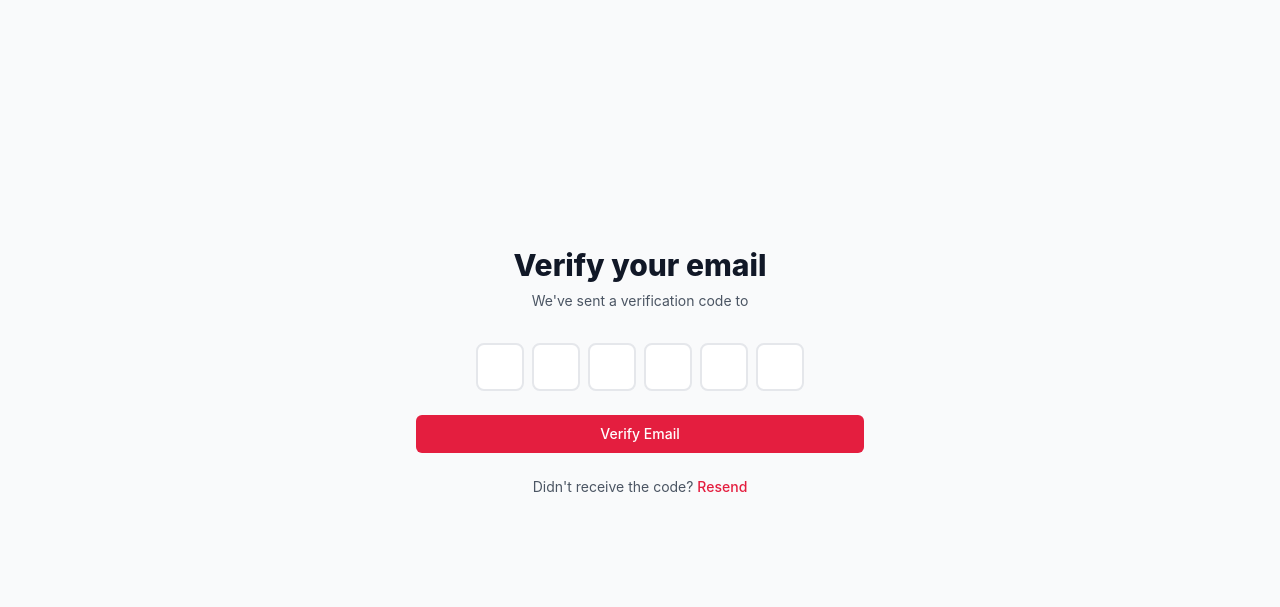
Repository: nguyenbathevien/KLTN
Page: /verify (app in FE/client/)
These files come from the project's save history. The page is drawn as it stood at one moment and after the next save; the edit follows.
The browser window is 1280 px wide. The pictures show the whole page.
The project was rebuilt for these pictures with package versions that can differ from the ones it lists, and the page was loaded fresh each time. Also part of the build but not shown: FE/client/vite.config.js, FE/client/src/components/common/Header/Header.jsx, FE/client/src/components/common/Footer/Footer.jsx, FE/client/src/components/common/Layout/TeacherLayout.jsx, FE/client/src/pages/teacher/DashboardTeacher.jsx, FE/client/src/pages/teacher/CourseManagement.jsx, FE/client/src/pages/teacher/Statistics.jsx, FE/client/src/pages/teacher/Profile.jsx and 24 more.

Above is the page before, as saved 2025-03-08 07:14:51.

### FE/client/src/main.jsx
import { StrictMode } from "react";
import { createRoot } from "react-dom/client";
import "./index.css";
import App from "./App.jsx";
import "./auth.css";
import "./swiper.css";
createRoot(document.getElementById("root")).render(
  <StrictMode>
    <App />
  </StrictMode>
);

### FE/client/src/App.jsx
import { BrowserRouter as Router, Routes, Route } from "react-router-dom";
import TeacherRoutes from "./routes/TeacherRoutes";
import { AuthProvider } from "./contexts/AuthContext";
import StudentRoutes from "./routes/StudentRoutes";
import PublicRoutes from "./routes/PublicRoutes";
import Verify from "./pages/auth/Verify";
// import PrivateRoute from "./routes/PrivateRoute";

function App() {
  return (
    <AuthProvider>
      <Router>
        <Routes>
          {/* Route public */}
          <Route path="/*" element={<PublicRoutes />} />

          {/* Route dashboard student */}
          <Route path="/student/*" element={<StudentRoutes />} />
          <Route path="/verify" element={<Verify />} />
          {/* Thêm route cho giảng viên với PrivateRoute */}
          <Route
            path="/instructor/*"
            element={
              // <PrivateRoute> dòng này để bảo vệ dashboard teacer phải đăng nhập thì mới vào được( giờ tạm tắt để css )
              <TeacherRoutes />
              // </PrivateRoute>
            }
          />
        </Routes>
      </Router>
    </AuthProvider>
  );
}

export default App;

### FE/client/src/auth.css
/* Auth Container */
.auth-container {
  @apply min-h-screen flex;
}

/* Auth Slider */
.auth-slider {
  @apply hidden lg:block lg:w-1/2 relative overflow-hidden bg-primary;
}

/* Auth Form Container */
.auth-form-container {
  @apply w-full lg:w-1/2 flex flex-col justify-center px-4 sm:px-6 lg:px-8 py-12 bg-background;
}

/* Auth Form Box */
.auth-form-box {
  @apply w-full max-w-md mx-auto bg-card p-8 rounded-sm shadow-sm;
}

/* Auth Title */
.auth-title {
  @apply text-2xl md:text-3xl font-bold text-foreground text-center mb-2;
}

/* Auth Subtitle */
.auth-subtitle {
  @apply text-sm text-accent text-center mb-8;
}

/* Form Input */
.form-input {
  @apply w-full px-4 py-2 border border-input rounded-sm
         focus:outline-none focus:ring-2 focus:ring-primary focus:border-transparent
         placeholder-accent/60;
}

/* Form Error */
.form-error {
  @apply text-destructive text-sm mt-1;
}

/* Social Buttons */
.btn-social {
  @apply w-full flex items-center justify-center px-4 py-2
         border border-input rounded-sm text-sm font-medium
         text-foreground bg-card hover:bg-secondary
         transition-colors duration-200;
}

/* Primary Button */
.btn-primary {
  @apply w-full px-4 py-2 bg-primary text-primary-foreground
         rounded-sm font-medium hover:bg-primary/90
         transition-colors duration-200
         disabled:opacity-50 disabled:cursor-not-allowed;
}

/* Divider */
.auth-divider {
  @apply relative my-6;
}

.auth-divider::before {
  content: "";
  @apply absolute inset-0 flex items-center;
}

.auth-divider::before {
  @apply w-full border-t border-input;
}

.auth-divider-text {
  @apply relative flex justify-center text-sm text-accent;
}

.auth-divider-text span {
  @apply px-2 bg-card;
}

/* Links */
.auth-link {
  @apply text-primary hover:text-primary/90 transition-colors duration-200;
}

/* Form Group */
.form-group {
  @apply space-y-1;
}

/* Terms Text */
.terms-text {
  @apply text-xs text-accent text-center mt-6;
}

/* Login Link Container */
.login-link-container {
  @apply text-center text-sm text-accent mt-6;
}

/* Slide Content */
.slide-content {
  @apply max-w-xl text-center px-4;
}

.slide-title {
  @apply text-2xl md:text-4xl font-bold text-white mb-4;
}

.slide-description {
  @apply text-base md:text-xl text-white/90;
}

/* Animation Classes */
.fade-in {
  @apply animate-fade-in;
}

.slide-up {
  @apply animate-slide-up;
}

/* Responsive Adjustments */
@screen sm {
  .auth-form-box {
    @apply p-10;
  }
}

@screen md {
  .auth-form-container {
    @apply px-8;
  }
}

@screen lg {
  .auth-form-container {
    @apply px-12;
  }
}
/* trang verify */
.text-primary {
  color: #e41e3f;
}

.bg-primary {
  background-color: #e41e3f;
}

.hover\:bg-primary\/90:hover {
  background-color: rgba(228, 30, 63, 0.9);
}

.border-primary {
  border-color: #e41e3f;
}

.bg-primary\/10 {
  background-color: rgba(228, 30, 63, 0.1);
}

/* Animation cho input khi focus */
@keyframes pulse {
  0% {
    box-shadow: 0 0 0 0 rgba(228, 30, 63, 0.4);
  }
  70% {
    box-shadow: 0 0 0 4px rgba(228, 30, 63, 0);
  }
  100% {
    box-shadow: 0 0 0 0 rgba(228, 30, 63, 0);
  }
}

input:focus {
  animation: pulse 1.5s infinite;
}
/* ----------------- */

### FE/client/src/contexts/AuthContext.jsx
import React, { createContext, useState, useContext } from "react";

const AuthContext = createContext(null);

export const AuthProvider = ({ children }) => {
  const [user, setUser] = useState(null);

  const login = (userData) => {
    // Here you would typically validate the user credentials with your backend
    setUser(userData);
  };

  const logout = () => {
    setUser(null);
  };

  return (
    <AuthContext.Provider value={{ user, login, logout }}>
      {children}
    </AuthContext.Provider>
  );
};

export const useAuth = () => useContext(AuthContext);

### FE/client/src/pages/auth/Verify.jsx
import React, { useState } from "react";
import { useNavigate, useLocation } from "react-router-dom";
import axios from "axios";

const Verify = () => {
  const [verificationCode, setVerificationCode] = useState([
    "",
    "",
    "",
    "",
    "",
    "",
  ]);
  const [error, setError] = useState("");
  const [isSubmitting, setIsSubmitting] = useState(false);
  const navigate = useNavigate();
  const location = useLocation();
  const email = location.state?.email;

  // Xử lý input cho từng ô code
  const handleChange = (index, value) => {
    if (value.length > 1) return; // Chỉ cho phép 1 số trong mỗi ô

    const newCode = [...verificationCode];
    newCode[index] = value;
    setVerificationCode(newCode);

    // Tự động focus vào ô tiếp theo
    if (value && index < 5) {
      const nextInput = document.querySelector(
        `input[name="code-${index + 1}"]`
      );
      if (nextInput) nextInput.focus();
    }
  };

  // Xử lý khi paste code
  const handlePaste = (e) => {
    e.preventDefault();
    const pastedData = e.clipboardData.getData("text").slice(0, 6);
    const newCode = [...verificationCode];

    for (let i = 0; i < pastedData.length; i++) {
      if (i < 6) newCode[i] = pastedData[i];
    }

    setVerificationCode(newCode);
  };

  // Xử lý keydown để xóa và di chuyển focus
  const handleKeyDown = (index, e) => {
    if (e.key === "Backspace" && !verificationCode[index] && index > 0) {
      const prevInput = document.querySelector(
        `input[name="code-${index - 1}"]`
      );
      if (prevInput) prevInput.focus();
    }
  };

  // Gửi code xác thực
  const handleSubmit = async (e) => {
    e.preventDefault();
    const code = verificationCode.join("");

    if (code.length !== 6) {
      setError("Please enter the complete verification code");
      return;
    }

    setIsSubmitting(true);
    try {
      const response = await axios.post(
        "http://localhost:8080/v1/email/verify",
        {
          code,
          email,
        },
        {
          withCredentials: true,
          headers: {
            "Content-Type": "application/json",
          },
        }
      );

      if (response.data) {
        navigate("/login", {
          state: { message: "Email verified successfully!" },
        });
      }
    } catch (error) {
      setError(
        error.response?.data?.message ||
          "Verification failed. Please try again."
      );
    } finally {
      setIsSubmitting(false);
    }
  };

  // Gửi lại code
  const handleResendCode = async () => {
    try {
      await axios.post(
        "http://localhost:8080/v1/email/resend",
        {
          email,
        },
        {
          withCredentials: true,
          headers: {
            "Content-Type": "application/json",
          },
        }
      );
      alert("Verification code has been resent to your email");
    } catch (error) {
      setError("Failed to resend code. Please try again.");
    }
  };

  return (
    <div className="min-h-screen flex items-center justify-center bg-gray-50 py-12 px-4 sm:px-6 lg:px-8">
      <div className="max-w-md w-full space-y-8">
        <div>
          <h2 className="mt-6 text-center text-3xl font-extrabold text-gray-900">
            Verify your email
          </h2>
          <p className="mt-2 text-center text-sm text-gray-600">
            We've sent a verification code to{" "}
            <span className="font-medium text-[#E41E3F]">{email}</span>
          </p>
        </div>

        <form className="mt-8 space-y-6" onSubmit={handleSubmit}>
          <div className="flex justify-center space-x-2">
            {verificationCode.map((digit, index) => (
              <input
                key={index}
                type="text"
                name={`code-${index}`}
                value={digit}
                onChange={(e) => handleChange(index, e.target.value)}
                onKeyDown={(e) => handleKeyDown(index, e)}
                onPaste={handlePaste}
                className="w-12 h-12 text-center text-lg border-2 rounded-lg focus:border-[#E41E3F] focus:outline-none"
                maxLength={1}
                pattern="\d*"
              />
            ))}
          </div>

          {error && <p className="text-red-600 text-sm text-center">{error}</p>}

          <div>
            <button
              type="submit"
              disabled={isSubmitting}
              className="group relative w-full flex justify-center py-2 px-4 border border-transparent text-sm font-medium rounded-md text-white bg-[#E41E3F] hover:bg-[#C41E3F] focus:outline-none focus:ring-2 focus:ring-offset-2 focus:ring-[#E41E3F]"
            >
              {isSubmitting ? "Verifying..." : "Verify Email"}
            </button>
          </div>

          <div className="text-center">
            <p className="text-sm text-gray-600">
              Didn't receive the code?{" "}
              <button
                type="button"
                onClick={handleResendCode}
                className="font-medium text-[#E41E3F] hover:text-[#C41E3F]"
              >
                Resend
              </button>
            </p>
          </div>
        </form>
      </div>
    </div>
  );
};

export default Verify;

### FE/client/tailwind.config.js
/** @type {import('tailwindcss').Config} */
export default {
  content: ["./index.html", "./src/**/*.{js,ts,jsx,tsx}"],
  theme: {
    extend: {
      colors: {
        primary: {
          DEFAULT: "#E11D48",
          foreground: "#FFFFFF",
        },
        secondary: {
          DEFAULT: "#F0F1F3",
          foreground: "#020817",
        },
        accent: {
          DEFAULT: "#6D7074",
          foreground: "#020817",
        },
        background: "#FAFAFB",
        foreground: "#020817",
        card: {
          DEFAULT: "#FFFFFF",
          foreground: "#020817",
        },
        popover: {
          DEFAULT: "#FFFFFF",
          foreground: "#020817",
        },
        muted: {
          DEFAULT: "#F0F1F3",
          foreground: "#6D7074",
        },
        destructive: {
          DEFAULT: "#FF4C4C",
          foreground: "#FFFFFF",
        },
        border: "#E0E0E0",
        input: "#E0E0E0",
        ring: "#E11D48",
        chart: {
          1: "#FF6F61",
          2: "#4CAF50",
          3: "#03A9F4",
          4: "#FFC107",
          5: "#8E44AD",
        },
        // Thêm màu cho form đăng ký
        form: {
          input: {
            DEFAULT: "#FFFFFF",
            border: "#E0E0E0",
            focus: "#E11D48",
            error: "#FF4C4C",
          },
          button: {
            social: {
              facebook: "#1877F2",
              google: "#DB4437",
              apple: "#000000",
            },
          },
        },
      },
      fontFamily: {
        sans: ["Inter", "sans-serif"],
      },
      fontSize: {
        heading: "28px",
        body: "16px",
        // Thêm kích thước font cho form
        form: {
          title: "2.25rem", // 36px
          subtitle: "1.125rem", // 18px
          input: "0.875rem", // 14px
          error: "0.75rem", // 12px
        },
      },
      fontWeight: {
        heading: "600",
        body: "400",
      },
      borderRadius: {
        sm: "0.125rem",
        // Thêm border radius cho form
        form: "0.5rem", // 8px
      },
      boxShadow: {
        sm: "0 1px 2px 0 rgb(0 0 0 / 0.05)",
        // Thêm shadow cho form
        form: "0 4px 6px -1px rgb(0 0 0 / 0.1), 0 2px 4px -2px rgb(0 0 0 / 0.1)",
        input: "0 1px 2px 0 rgb(0 0 0 / 0.05)",
      },
      spacing: {
        // Thêm spacing cho form
        form: {
          input: "0.75rem", // 12px
          gap: "1.5rem", // 24px
          padding: "2rem", // 32px
        },
      },
      animation: {
        // Thêm animation cho form
        "slide-up": "slideUp 0.3s ease-out",
        "fade-in": "fadeIn 0.3s ease-out",
      },
      keyframes: {
        slideUp: {
          "0%": { transform: "translateY(10px)", opacity: 0 },
          "100%": { transform: "translateY(0)", opacity: 1 },
        },
        fadeIn: {
          "0%": { opacity: 0 },
          "100%": { opacity: 1 },
        },
      },
    },
  },
  plugins: [],
  darkMode: "class",
};

Loaded but not shown: FE/client/index.html (common file); FE/client/src/index.css (common file)

After the next save:
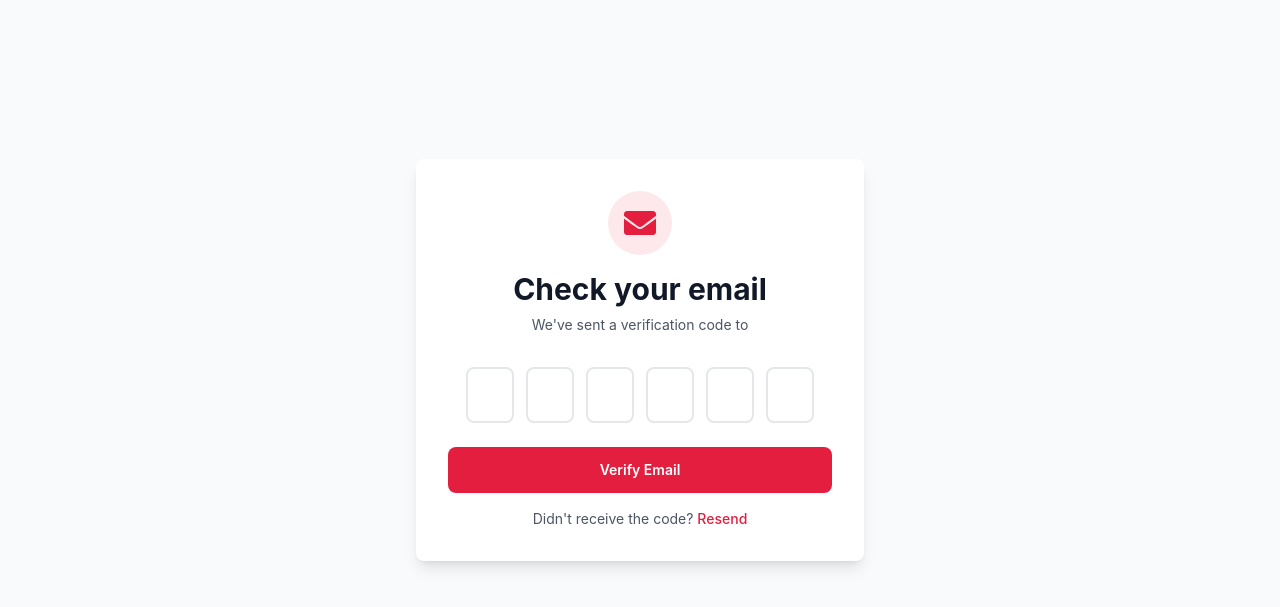
Saved 73 s later.
--- a/FE/client/src/pages/auth/Verify.jsx
+++ b/FE/client/src/pages/auth/Verify.jsx
@@ -1,6 +1,7 @@
-import React, { useState } from "react";
+import React, { useState, useEffect } from "react";
 import { useNavigate, useLocation } from "react-router-dom";
 import axios from "axios";
+import { FaEnvelope } from "react-icons/fa";
 
 const Verify = () => {
   const [verificationCode, setVerificationCode] = useState([
@@ -13,19 +14,28 @@ const Verify = () => {
   ]);
   const [error, setError] = useState("");
   const [isSubmitting, setIsSubmitting] = useState(false);
+  const [countdown, setCountdown] = useState(0);
   const navigate = useNavigate();
   const location = useLocation();
   const email = location.state?.email;
 
-  // Xử lý input cho từng ô code
+  useEffect(() => {
+    let timer;
+    if (countdown > 0) {
+      timer = setInterval(() => {
+        setCountdown((prev) => prev - 1);
+      }, 1000);
+    }
+    return () => clearInterval(timer);
+  }, [countdown]);
+
   const handleChange = (index, value) => {
-    if (value.length > 1) return; // Chỉ cho phép 1 số trong mỗi ô
+    if (!/^\d*$/.test(value)) return; // Chỉ cho phép số
 
     const newCode = [...verificationCode];
     newCode[index] = value;
     setVerificationCode(newCode);
 
-    // Tự động focus vào ô tiếp theo
     if (value && index < 5) {
       const nextInput = document.querySelector(
         `input[name="code-${index + 1}"]`
@@ -34,10 +44,12 @@ const Verify = () => {
     }
   };
 
-  // Xử lý khi paste code
   const handlePaste = (e) => {
     e.preventDefault();
-    const pastedData = e.clipboardData.getData("text").slice(0, 6);
+    const pastedData = e.clipboardData
+      .getData("text")
+      .replace(/[^\d]/g, "")
+      .slice(0, 6);
     const newCode = [...verificationCode];
 
     for (let i = 0; i < pastedData.length; i++) {
@@ -47,7 +59,6 @@ const Verify = () => {
     setVerificationCode(newCode);
   };
 
-  // Xử lý keydown để xóa và di chuyển focus
   const handleKeyDown = (index, e) => {
     if (e.key === "Backspace" && !verificationCode[index] && index > 0) {
       const prevInput = document.querySelector(
@@ -57,7 +68,6 @@ const Verify = () => {
     }
   };
 
-  // Gửi code xác thực
   const handleSubmit = async (e) => {
     e.preventDefault();
     const code = verificationCode.join("");
@@ -98,8 +108,9 @@ const Verify = () => {
     }
   };
 
-  // Gửi lại code
   const handleResendCode = async () => {
+    if (countdown > 0) return;
+
     try {
       await axios.post(
         "http://localhost:8080/v1/email/resend",
@@ -113,7 +124,8 @@ const Verify = () => {
           },
         }
       );
-      alert("Verification code has been resent to your email");
+      setCountdown(30); // Bắt đầu đếm ngược 30 giây
+      setError("");
     } catch (error) {
       setError("Failed to resend code. Please try again.");
     }
@@ -121,58 +133,75 @@ const Verify = () => {
 
   return (
     <div className="min-h-screen flex items-center justify-center bg-gray-50 py-12 px-4 sm:px-6 lg:px-8">
-      <div className="max-w-md w-full space-y-8">
-        <div>
-          <h2 className="mt-6 text-center text-3xl font-extrabold text-gray-900">
-            Verify your email
-          </h2>
-          <p className="mt-2 text-center text-sm text-gray-600">
-            We've sent a verification code to{" "}
-            <span className="font-medium text-[#E41E3F]">{email}</span>
+      <div className="max-w-md w-full space-y-8 bg-white p-8 rounded-lg shadow-lg">
+        <div className="text-center">
+          <div className="mx-auto h-16 w-16 flex items-center justify-center rounded-full bg-primary/10 mb-4">
+            <FaEnvelope className="h-8 w-8 text-primary" />
+          </div>
+          <h2 className="text-3xl font-bold text-gray-900">Check your email</h2>
+          <p className="mt-2 text-sm text-gray-600">
+            We've sent a verification code to
           </p>
+          <p className="mt-1 text-lg font-medium text-primary">{email}</p>
         </div>
 
         <form className="mt-8 space-y-6" onSubmit={handleSubmit}>
-          <div className="flex justify-center space-x-2">
-            {verificationCode.map((digit, index) => (
-              <input
-                key={index}
-                type="text"
-                name={`code-${index}`}
-                value={digit}
-                onChange={(e) => handleChange(index, e.target.value)}
-                onKeyDown={(e) => handleKeyDown(index, e)}
-                onPaste={handlePaste}
-                className="w-12 h-12 text-center text-lg border-2 rounded-lg focus:border-[#E41E3F] focus:outline-none"
-                maxLength={1}
-                pattern="\d*"
-              />
-            ))}
+          <div className="flex flex-col items-center space-y-4">
+            <div className="flex justify-center space-x-3">
+              {verificationCode.map((digit, index) => (
+                <input
+                  key={index}
+                  type="text"
+                  name={`code-${index}`}
+                  value={digit}
+                  onChange={(e) => handleChange(index, e.target.value)}
+                  onKeyDown={(e) => handleKeyDown(index, e)}
+                  onPaste={handlePaste}
+                  className="w-12 h-14 text-center text-xl font-semibold border-2 rounded-lg
+                           focus:border-primary focus:outline-none transition-colors
+                           hover:border-gray-400"
+                  maxLength={1}
+                />
+              ))}
+            </div>
+
+            {error && (
+              <p className="text-red-600 text-sm text-center bg-red-50 px-4 py-2 rounded-full">
+                {error}
+              </p>
+            )}
           </div>
 
-          {error && <p className="text-red-600 text-sm text-center">{error}</p>}
-
-          <div>
+          <div className="space-y-4">
             <button
               type="submit"
               disabled={isSubmitting}
-              className="group relative w-full flex justify-center py-2 px-4 border border-transparent text-sm font-medium rounded-md text-white bg-[#E41E3F] hover:bg-[#C41E3F] focus:outline-none focus:ring-2 focus:ring-offset-2 focus:ring-[#E41E3F]"
+              className="w-full flex justify-center py-3 px-4 border border-transparent
+                       rounded-lg text-white bg-primary hover:bg-primary/90
+                       focus:outline-none focus:ring-2 focus:ring-offset-2 focus:ring-primary
+                       transition-colors disabled:opacity-50 disabled:cursor-not-allowed
+                       text-sm font-semibold"
             >
               {isSubmitting ? "Verifying..." : "Verify Email"}
             </button>
-          </div>
-
-          <div className="text-center">
-            <p className="text-sm text-gray-600">
-              Didn't receive the code?{" "}
-              <button
-                type="button"
-                onClick={handleResendCode}
-                className="font-medium text-[#E41E3F] hover:text-[#C41E3F]"
-              >
-                Resend
-              </button>
-            </p>
+
+            <div className="text-center">
+              <p className="text-sm text-gray-600">
+                Didn't receive the code?{" "}
+                <button
+                  type="button"
+                  onClick={handleResendCode}
+                  disabled={countdown > 0}
+                  className={`font-medium ${
+                    countdown > 0
+                      ? "text-gray-400 cursor-not-allowed"
+                      : "text-primary hover:text-primary/90"
+                  }`}
+                >
+                  Resend{countdown > 0 ? ` (${countdown}s)` : ""}
+                </button>
+              </p>
+            </div>
           </div>
         </form>
       </div>
